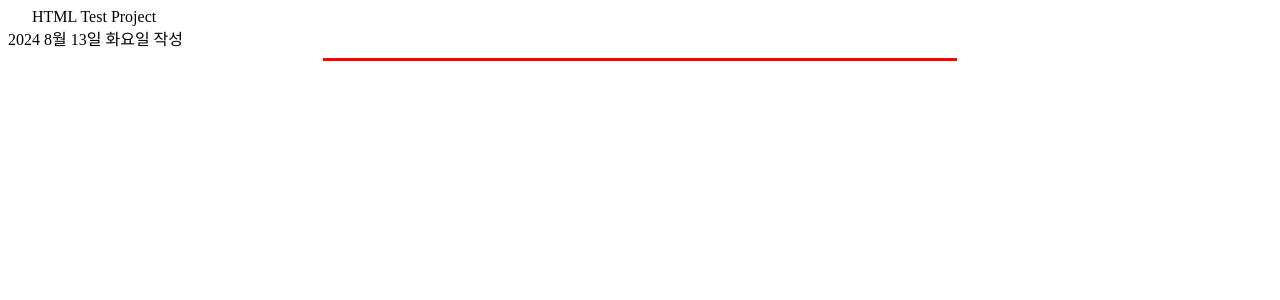
Repository: bianchi112/ict-data
Page: web_workspace/testHTMLProject/src/main/webapp/index.html
These files come from the project's save history. The page is drawn as it stood at one moment and after the next save; the edit follows.
The browser window is 1280 px wide. The pictures show the whole page.

Above is the page before, as saved 2024-08-13 05:45:10.

### web_workspace/testHTMLProject/src/main/webapp/index.html
<!DOCTYPE html>
<!--
	이 문서에 사용된 html 의 종류를 표시하는 태그임
	html 은 html5 버전을 사용함을 의미함 => 웹표준 기술임
 -->
<html> <!-- 웹 문서의 시작을 뜻하는 태그임 -->
<!--
	html 시작태그에 사용할 수 있는 속성(attribute | property)
	lang 속성 : language, 이 문서에 사용되는 언어 지정
	값 : en(영어), ko(한국어), jp(일본어), ......
 -->
<head> <!-- 이 문서의 설정을  지정하는 부분을 표시하는 태그임 -->
<meta charset="UTF-8">
<title>testh</title>
</head>
<body> <!-- 웹 브라우저에 보여지는 내용을 작성하는 영역표시 태그임 -->
&nbsp; &nbsp; &nbsp;	HTML Test Project <br> <!-- break 태그, 줄바꿈 태그임 -->
	2024 8월 13일 화요일 작성 <br>
<hr color ="red" size="3" width="50%" align="center" noshade="noshade"> <!--  단일 태그임 (닫기 태그가 없는 태그) -->

<!-- horizental 줄임말, 가로선을 표현하는 태그임, 내용을 구분하기 위해 사용함
속성 :
color="색이름 | RGB(RED 0~255, GREEN 0~255, BLUE 0~255) | #RGB16진수"
size="선굵기" 단위가 pixel 임
width="선의 가로너비" 단위는 pixce, % 사용가능
align="선의 정렬위치", left(기본) | center | right
noshade="noshade" , 속성만 사용할 수 있음, 음영효과 없앰

-->


</body>
</html> <!-- 웹 문서의 끝을 의미하는 html 닫기태그임 -->

After the next save:
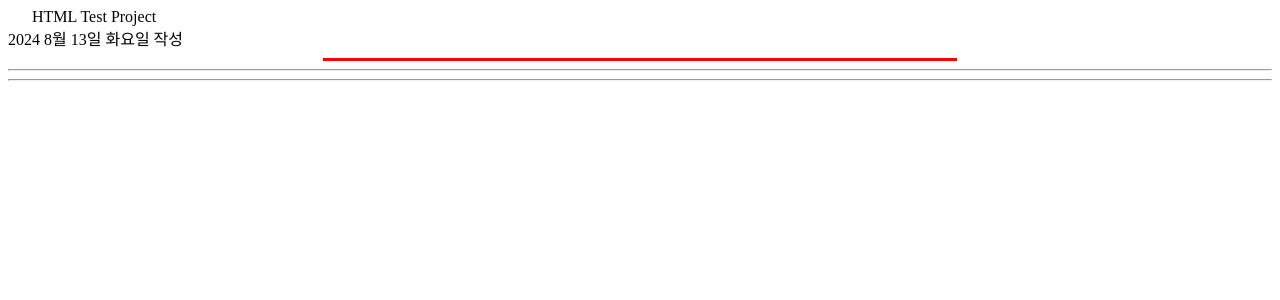
Saved 2 min 26 s later.
--- a/web_workspace/testHTMLProject/src/main/webapp/index.html
+++ b/web_workspace/testHTMLProject/src/main/webapp/index.html
@@ -25,9 +25,16 @@ size="선굵기" 단위가 pixel 임
 width="선의 가로너비" 단위는 pixce, % 사용가능
 align="선의 정렬위치", left(기본) | center | right
 noshade="noshade" , 속성만 사용할 수 있음, 음영효과 없앰
+-->
+<header> <!-- 이 페이지의 머리글 영역을 표시할 때 사용함 -->
+<!-- 이 페이지의 로고(제목), 메뉴 네비게이션 바 등을 표현함 -->
 
--->
-
+</header>
+<hr>
+<section></section>
+<article></article>
+<hr>
+<footer></footer>
 
 </body>
 </html> <!-- 웹 문서의 끝을 의미하는 html 닫기태그임 -->
